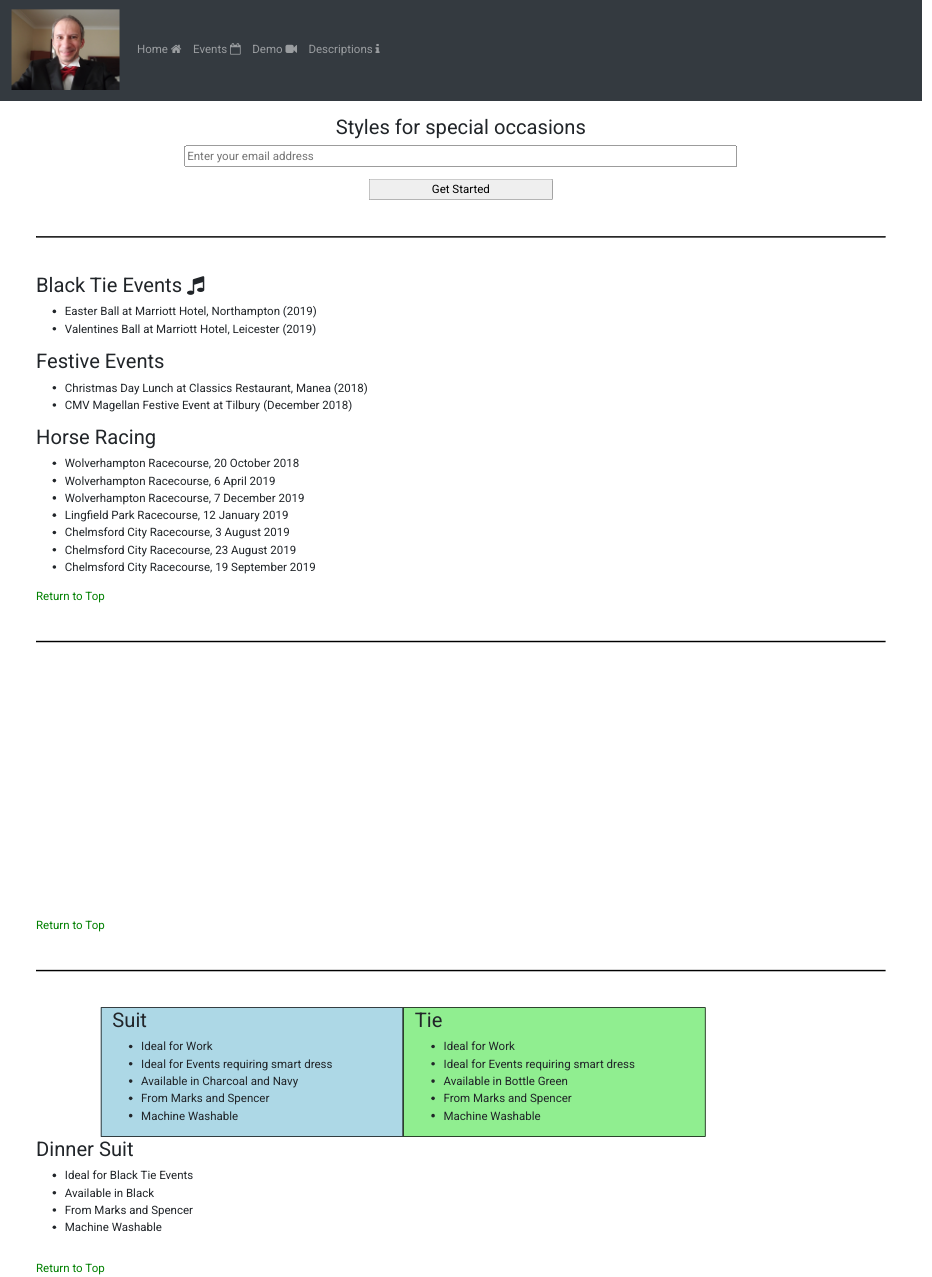
Repository: derektypist/product-landing-page
Page: index.html
The author's editor kept a record of every edit. The page is drawn from the files as they stood at one moment, then again after the next edit.
The browser window is 1280 px wide. The page is 1295 px wide, so the pictures cover 1295 px, including what lies to the right of the window. The pictures show the whole page, at 72% of full size.
Pictures or frames that could not be fetched are drawn as grey boxes.

Above is the page before.

### index.html
<!DOCTYPE html>
<html lang="en">

<head>
    <meta charset="UTF-8">
    <meta name="viewport" content="width=device-width, initial-scale=1.0">
    <meta http-equiv="X-UA-Compatible" content="ie=edge">
    <title>Product Landing Page</title>
    <!-- Load Style Sheets -->
    <link rel="stylesheet" href="https://maxcdn.bootstrapcdn.com/bootstrap/4.4.1/css/bootstrap.min.css" integrity="sha384-Vkoo8x4CGsO3+Hhxv8T/Q5PaXtkKtu6ug5TOeNV6gBiFeWPGFN9MuhOf23Q9Ifjh" crossorigin="anonymous">
    <link rel="stylesheet" href="https://maxcdn.bootstrapcdn.com/font-awesome/4.7.0/css/font-awesome.min.css" type="text/css" />
    <link href="https://fonts.googleapis.com/css?family=Roboto&display=swap" rel="stylesheet">
    <style>
        /* Main Body */

        #mainbody {
            font-family: "Roboto", Arial, Verdana, sans-serif;
            padding-top: 150px;
        }

        /* Header and Navigation */

        #header {
            padding-bottom: 10px;
        }

        #header-img {
            max-height: 112px;
        }

        #nav-bar {
            padding-bottom: 10px;
        }

        a {
            text-decoration: none;
            color: green;
        }

        a:hover {
            text-decoration: none;
            color: fuchsia;
        }

        /* Form */

        #form {
            text-align: center;
            width: 100%;
            display: block;
            margin: auto;
        }

        input {
            width: 60%;
        }

        input[type=submit] {
            width: 20%;
        }

        /* Horizontal Rule */

        hr {
            border: 1px solid black;
            margin: 50px;
        }



        /* Events */

        #events {
            margin-left: 50px;
        }

        /* Demo */

        #demo {
            margin-left: 50px;
        }

        #video {
            max-width: 100%;
            display: block;
            margin: auto;
        }

        /* Descriptions */

        #descriptions {
            margin-left: 50px;
        }

        .suit {
            background-color: lightblue;
            border: 1px solid black;
        }

        .tie {
            background-color: lightgreen;
            border: 1px solid black;
        }
    </style>
</head>

<body id="mainbody">
    <!-- Set Up Header -->
    <header id="header">
        <!-- Set Up Navigation with Image -->
        <nav class="navbar navbar-expand navbar-dark bg-dark fixed-top" id="nav-bar">
            <a class="navbar-brand" href="index.html"><img src="derek.JPG" title="Derek Dhammaloka" alt="Derek Dhammaloka" id="header-img"></a>
            <button class="navbar-toggler" type="button" data-toggle="collapse" data-target="navbarSupportedContent" aria-controls="navbarSupportedContent" aria-expanded="false" aria-label="Toggle navigation">
    <span class="navbar-toggler-icon"></span>
  </button>
            <div class="collapse navbar-collapse" id="navbarSupportedContent">
                <ul class="navbar-nav mr-auto">
                    <li class="nav-item">
                        <a class="nav-link" href="#top">Home <i class="fa fa-home" aria-hidden="true"></i></a>
                    </li>
                    <li class="nav-item">
                        <a class="nav-link" href="#events">Events <i class="fa fa-calendar-o" aria-hidden="true"></i></a>
                    </li>
                    <li class="nav-item">
                        <a class="nav-link" href="#demo">Demo <i class="fa fa-video-camera" aria-hidden="true"></i></a>
                    </li>
                    <li class="nav-item">
                        <a class="nav-link" href="#descriptions">Descriptions <i class="fa fa-info" aria-hidden="true"></i></a>
                    </li>
                </ul>
        </nav>
    </header>

    <!-- Set Up Main Content -->
    <main>
        <!-- Set Up Form -->
        <form action="https://www.freecodecamp.com/email-submit" id="form" target="_blank">
            <h3>Styles for special occasions</h3>
            <!-- Set Up Email Field -->
            <input type="email" id="email" name="email" placeholder="Enter your email address">
            <p></p>
            <!-- Set Up Submit Button -->
            <input type="submit" id="submit" value="Get Started">
        </form>

        <!-- Provide Horizontal Rule -->
        <hr>
        <!-- Provide Section for Events -->
        <section id="events">
            <!-- Provide Article for Black Tie Events -->
            <article>
                <p></p>
                <h3>Black Tie Events <i class="fa fa-music" aria-hidden="true"></i></h3>
                <!-- Provide List Items -->
                <ul>
                    <li>Easter Ball at Marriott Hotel, Northampton (2019)</li>
                    <li>Valentines Ball at Marriott Hotel, Leicester (2019)</li>
                </ul>
            </article>

            <!-- Provide Article for Festive Events -->
            <article>
                <p></p>
                <h3>Festive Events</h3>
                <!-- Provide List Items -->
                <ul>
                    <li>Christmas Day Lunch at Classics Restaurant, Manea (2018)</li>
                    <li>CMV Magellan Festive Event at Tilbury (December 2018)</li>
                </ul>
            </article>

            <!-- Provide Article for Horse Racing Events -->
            <article>
                <p></p>
                <h3>Horse Racing</h3>
                <!-- Provide List Items -->
                <ul>
                    <li>Wolverhampton Racecourse, 20 October 2018</li>
                    <li>Wolverhampton Racecourse, 6 April 2019</li>
                    <li>Wolverhampton Racecourse, 7 December 2019</li>
                    <li>Lingfield Park Racecourse, 12 January 2019</li>
                    <li>Chelmsford City Racecourse, 3 August 2019</li>
                    <li>Chelmsford City Racecourse, 23 August 2019</li>
                    <li>Chelmsford City Racecourse, 19 September 2019</li>
                </ul>

                <!-- Provide link to return to top -->
                <a href="#top" title="Return to Top">Return to Top</a>


            </article>
        </section>

        <!-- Provide Horizontal Rule -->
        <hr>


        <!-- Provide Section for Demo -->
        <section id="demo">
            <!-- Set Up Video using iframe -->
            <iframe id="video" width="560" height="315" src="https://www.youtube.com/embed/RiHd1c3qDkE" frameborder="0" allow="accelerometer; autoplay; encrypted-media; gyroscope; picture-in-picture" allowfullscreen></iframe>

            <p></p>
            <!-- Provide link to return to top -->
            <a href="#top" title="Return to Top">Return to Top</a>
        </section>

        <!-- Provide Horizontal Rule -->
        <hr>

        <!-- Provide Section for Descriptions -->
        <section id="descriptions">
            <article class="row">
                <article class="suit offset-1 col-sm-4">
                    <!-- Provide Article for Suit -->
                    <h3>Suit</h3>
                    <ul>
                        <li>Ideal for Work</li>
                        <li>Ideal for Events requiring smart dress</li>
                        <li>Available in Charcoal and Navy</li>
                        <li>From Marks and Spencer</li>
                        <li>Machine Washable</li>
                    </ul>
                </article>
                <article class="tie offset-0 col-sm-4">
                    <!-- Provide Article for Tie -->
                    <h3>Tie</h3>
                    <ul>
                        <li>Ideal for Work</li>
                        <li>Ideal for Events requiring smart dress</li>
                        <li>Available in Bottle Green</li>
                        <li>From Marks and Spencer</li>
                        <li>Machine Washable</li>
                    </ul>
                </article>
                <article class="col-sm-4">
                    <!-- Provide Article for Dinner Suit -->
                    <h3>Dinner Suit</h3>
                    <ul>
                        <li>Ideal for Black Tie Events</li>
                        <li>Available in Black</li>
                        <li>From Marks and Spencer</li>
                        <li>Machine Washable</li>
                    </ul>
                </article>
            </article>

        <p></p>
            <!-- Provide link to return to top -->
            <a href="#top" title="Return to Top">Return to Top</a>
        </section>
    </main>
</body>

</html>

After the next edit:
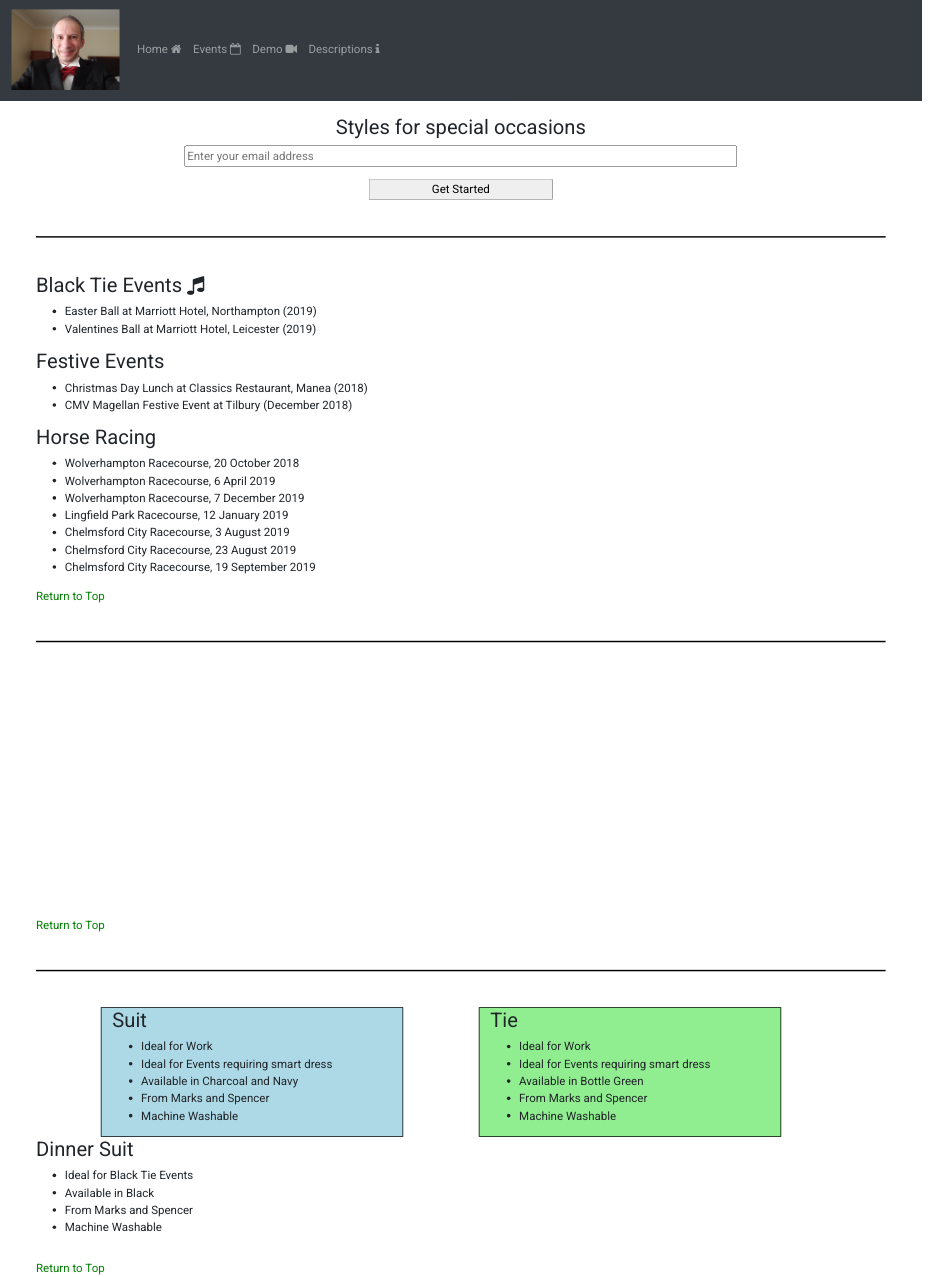
The edit:
--- a/index.html
+++ b/index.html
@@ -222,7 +222,7 @@
                         <li>Machine Washable</li>
                     </ul>
                 </article>
-                <article class="tie offset-0 col-sm-4">
+                <article class="tie offset-1 col-sm-4">
                     <!-- Provide Article for Tie -->
                     <h3>Tie</h3>
                     <ul>
